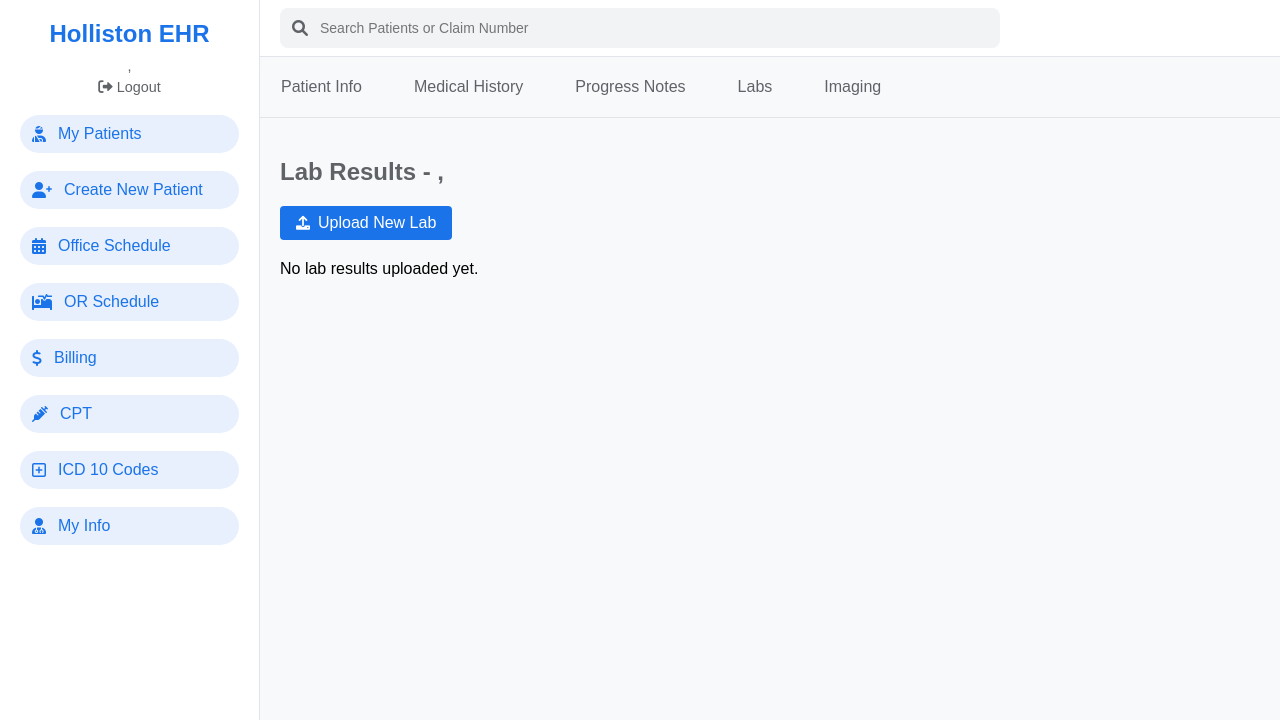
Repository: DavidG626/Flask-Project
Page: templates/labs.html
The author's editor kept a copy of each file at every save. The page is drawn from the files as they stood at one save, then again after the next save.
The browser window is 1280 px wide. The pictures show the whole page.
The template is drawn by Flask 3. The application's start-up code is not run. Other server files are loaded and not shown. The template is opened directly, without the code that normally fills it, so the values that code supplies are empty.

Above is the page before, as saved 2025-01-29 15:00:00.

### templates/labs.html
<!DOCTYPE html>
<html lang="en">
<head>
    <meta charset="UTF-8">
    <meta name="viewport" content="width=device-width, initial-scale=1.0">
    <title>Patient Labs</title>
    <link rel="stylesheet" type="text/css" href="/static/dashboard.css">
    <link rel="stylesheet" type="text/css" href="/static/labs.css">
    <link href="https://cdnjs.cloudflare.com/ajax/libs/font-awesome/6.0.0/css/all.min.css" rel="stylesheet">
</head>

<body>
    <div class="container">
        <!-- Sidebar -->
        <aside class="sidebar">
            <div class="logo">Holliston EHR</div>
            <div class="logged-user">
                {{ current_user.first_name }} {{ current_user.last_name }}, {{ current_user.medical_title }}
                <a href="{{ url_for('dashboard.logout') }}" class="logout-link">
                    <i class="fas fa-sign-out-alt"></i> Logout
                </a>
            </div>
            <nav>
                <!-- rest of your navigation -->
                <ul>
                    <li class="active">
                        <a href="{{ url_for('dashboard.my_patients') }}">
                            <i class="fas fa-user-injured"></i>My Patients
                        </a>
                    </li>
                </ul>
                <br>

                <ul>
                    <li class="active">
                        <a href="{{ url_for('dashboard.create_patient') }}">
                            <i class="fas fa-user-plus"></i>Create New Patient
                        </a>
                    </li>
                </ul>
                <br>
                <ul>
                    <li class="active"><a href=""><i class="fas fa-calendar-alt"></i>Office Schedule</a></li>
                </ul>
                <br>

                <ul>
                    <li class="active"><a href=""><i class="fas fa-procedures"></i>OR Schedule</a></li>
                </ul>
                <br>

                <ul>
                    <li class="active"><a href=""><i class="fas fa-dollar-sign"></i>Billing</a></li>
                </ul>
                <br>

                <ul>
                    <li class="active"><a href=""><i class="fas fa-syringe"></i>CPT</a></li>
                </ul>
                <br>

                <ul>
                    <li class="active"><a href=""><i class="far fa-plus-square"></i>ICD 10 Codes</a></li>
                </ul>
                <br>

                <ul>
                    <li class="active">
                        <a href="{{ url_for('dashboard.my_info') }}">
                            <i class="fas fa-user-md"></i>My Info
                        </a>
                    </li>
                </ul>
            </nav>
        </aside>

                <!-- Main Content -->
                <main>
                    <!-- Header -->
                    <header>
                        <div class="search-bar">
                            <i class="fas fa-search"></i>
                            <form action="{{ url_for('dashboard.my_patients') }}" method="get">
                                <input type="text" name="search" placeholder="Search Patients or Claim Number" value="{{ search_query or '' }}">
                            </form>
                        </div>
                    </header>
                    <!-- At the top of your patient info content -->
                    <div class="patient-tabs">
                        <a href="{{ url_for('dashboard.patient_detail', patient_id=patient.id) }}" class="tab active">Patient Info</a>
                        <a href="{{ url_for('dashboard.patient_medical_history', patient_id=patient.id) }}" class="tab">Medical History</a>
                        <a href="#" class="tab">Progress Notes</a>
                        <a href="{{ url_for('dashboard.patient_labs', patient_id=patient.id) }}" class="tab">Labs</a>
                        <a href="#" class="tab">Imaging</a>
                    </div>

                    <!-- Content Area -->
                    <div class="content">
                        <div class="toolbar">
                            {% with messages = get_flashed_messages(with_categories=true) %}
                                {% if messages %}
                                    <ul>
                                        {% for category, message in messages %}
                                            <div class="{{ category }}">{{ message }}</div>
                                        {% endfor %}
                                    </ul>
                                {% endif %}
                            {% endwith %}
                    </div>



                    <div class="patient-list">
                        <h2>Lab Results - {{ patient.patient_last_name }}, {{ patient.patient_first_name }}</h2>
                        <div class="buttons">
                            <a href="{{ url_for('dashboard.upload_lab', patient_id=patient.id) }}" class="edit-btn">
                                <i class="fas fa-upload"></i> Upload New Lab
                            </a>
                        </div>

                    {% if patient.lab_results %}
                    <div class="patients-grid">
                        {% for lab in patient.lab_results|sort(attribute='upload_date', reverse=true) %}
                        <div class="patient-card">
                            <i class="fa fa-file-pdf" aria-hidden="true"></i>
                            <div>
                                <span class="patient-name">{{ lab.description or 'Lab Result' }}</span>
                                <div class="small-text">
                                    Uploaded: {{ lab.upload_date.strftime('%m/%d/%Y') }}
                                </div>
                            </div>
                            <div class="patient-details">
                                <a href="{{ url_for('dashboard.view_lab', lab_id=lab.id) }}" class="view-link">
                                    <i class="fas fa-eye"></i> View
                                </a>
                                <a href="{{ url_for('dashboard.download_lab', lab_id=lab.id) }}" class="view-link">
                                    <i class="fas fa-download"></i> Download
                                </a>
                            </div>
                        </div>
                        {% endfor %}
                    </div>
                    {% else %}
                        <p>No lab results uploaded yet.</p>
                    {% endif %}
                </div>
</div>

### static/dashboard.css
/* static/style.css */
html {
    font-size: 16px;
}
* {
    margin: 0;
    padding: 0;
    box-sizing: border-box;
    font-family: Arial, sans-serif;
}

.container {
    display: flex;
    height: 100vh;
}
.logo {
    font-size: 1.5rem;
    font-weight: bold;
    color: #1a73e8;
    margin-bottom: 20px;
    text-align: center;

}
/* Sidebar Styles */

.logged-user {
    text-align: center;
    color: #5f6368;
    font-size: 0.9rem;
    margin-bottom: 20px;
    padding: 0 10px;
    font-weight: 500;
}
.logout-link {
    display: block;
    color: #5f6368;
    font-size: 0.9rem;
    text-decoration: none;
    margin-top: 5px;
}

.logout-link:hover {
    color: #1a73e8;
}
/* Adjust logo margin */
.logo {
    margin-bottom: 10px;
}
.sidebar {
    width: 260px;
    background: white;
    padding: 20px;
    border-right: 1px solid #e1e4e8;
}

.new-button button {
    width: 100%;
    padding: 12px;
    background: #e8f0fe;
    color: #1a73e8;
    border: none;
    border-radius: 24px;
    cursor: pointer;
    font-weight: 500;
    display: flex;
    align-items: center;
    justify-content: center;
    gap: 8px;
    margin-bottom: 20px;
}

.sidebar nav ul a {
    list-style: none;
    text-decoration: none;
    color: inherit;
}

.sidebar nav ul li  {
    padding: 10px 12px;
    border-radius: 24px;
    cursor: pointer;
    display: flex;
    align-items: center;
    gap: 12px;
    color: #5f6368;
}


.sidebar nav ul li.active {
    background: #e8f0fe;
    color: #1a73e8;
}
.sidebar nav ul li,
.sidebar nav ul li a {
    display: flex;
    align-items: center;
    gap: 12px;
}

.sidebar nav ul li a {
    text-decoration: none;
    color: inherit;
    width: 100%; /* Ensure the link takes full width of the list item */
}
/* Main Content Styles */
main {
    flex: 1;
    background: #f8f9fa;
    display: flex;
    flex-direction: column;
}

header {
    background: white;
    padding: 8px 20px;
    border-bottom: 1px solid #e1e4e8;
}

.search-bar {
    position: relative;
    max-width: 720px;
}

.search-bar input {
    width: 100%;
    padding: 12px 16px 12px 40px;
    border: none;
    background: #f1f3f4;
    border-radius: 8px;
    font-size: 14px;
}

.search-bar i {
    position: absolute;
    left: 12px;
    top: 50%;
    transform: translateY(-50%);
    color: #5f6368;
}

.content {
    padding: 20px;
    flex: 1;
}

.toolbar {
    display: flex;
    justify-content: space-between;
    align-items: center;
    margin-bottom: 20px;
}

.view-options a {
    padding: 8px;
    cursor: pointer;
    color: #1a73e8;
    text-decoration: none;

}

.view-options a:visited {
    color: #1a73e8;
    text-decoration: none;

}

.view-options a:hover {
    color: #1a73e8;
    text-decoration: underline;

}

/* Table Styles */
.files-table {
    width: 100%;
    background: white;
    border-radius: 8px;
    border-collapse: collapse;
}

.files-table th,
.files-table td {
    padding: 12px 20px;
    text-align: left;
    border-bottom: 1px solid #e1e4e8;
}

.files-table th {
    color: #5f6368;
    font-weight: 500;
    font-size: 14px;
}

.file-cell {
    display: flex;
    align-items: center;
    gap: 12px;
}

.file-cell i {
    color: #5f6368;
}

.files-table tr:hover {
    background: #f8f9fa;
}

/* update.html */
.update-form {
    max-width: 500px;
    margin: 50px auto;
    padding: 20px;
    background: white;
    border-radius: 8px;
    box-shadow: 0 2px 4px rgba(0,0,0,0.1);
}

.form-group {
    margin-bottom: 15px;
}

.form-group label {
    display: block;
    margin-bottom: 5px;
    font-weight: bold;
}

.form-group input {
    width: 100%;
    padding: 8px;
    border: 1px solid #ddd;
    border-radius: 4px;
}

.buttons {
    margin-top: 20px;
}

.save-btn {
    background: #1a73e8;
    color: white;
    padding: 10px 20px;
    border: none;
    border-radius: 4px;
    cursor: pointer;
}

.cancel-btn {
    background: #f1f3f4;
    color: #5f6368;
    padding: 10px 20px;
    border: none;
    border-radius: 4px;
    text-decoration: none;
    margin-left: 10px;
}
.edit-btn {
    background: #1a73e8;
    color: white;
    padding: 8px 16px;
    border-radius: 4px;
    text-decoration: none;
    display: inline-block;
    margin-bottom: 20px;
}


.patient-card {
    background: white;
    border-radius: 8px;
    padding: 20px;
    margin: 10px 0;
    box-shadow: 0 2px 4px rgba(0,0,0,0.1);
    display: flex;
    align-items: center;
    text-decoration: none;  /* Remove default link underline */
    color: inherit;  /* Keep default text color */
    transition: all 0.2s ease;  /* Smooth hover effect */
}
.small-text {
    font-size: 14px;
    color: #5f6368;  /* matches your theme's gray color */
}

.patient-card:hover {
    background: #f8f9fa;
    transform: translateY(-2px);
    box-shadow: 0 4px 6px rgba(0,0,0,0.1);
}

.patient-card .fa-folder {
    color: #4a90e2;
    font-size: 24px;
    margin-right: 15px;
}

.patient-name {
    font-weight: bold;
    font-size: 16px;
    margin-right: 20px;
}

.patient-details {
    margin-left: auto;
}

.view-link {
    color: #4a90e2;
    text-decoration: none;
    margin-left: 15px;
}

.view-link:hover {
    text-decoration: underline;
}

.tabs {
    display: flex;
    gap: 5px;
    padding: 10px 10px 0;
    background: #f8f9fa;
    border-bottom: 1px solid #e1e4e8;
}

.tab {
    padding: 10px 20px;
    text-decoration: none;
    color: #5f6368;
    background: #f8f9fa;
    border: 1px solid transparent;
    border-radius: 4px 4px 0 0;
}

.tab:hover {
    color: #1a73e8;
}

.tab-pane {
    display: none;
    padding: 20px;
}

/* Show the targeted tab */
.tab-pane:target {
    display: block;
}

/* Show first tab by default when no tab is targeted */
.tab-pane:first-child:not(:target) {
    display: block;
}

/* Highlight active tab */
.tab:target {
    background: white;
    border-color: #e1e4e8;
    border-bottom-color: white;
    color: #1a73e8;
    margin-bottom: -1px;
}

/* START @MEDIA BASE FONT SIZE 16PX*/
@media (max-width: 1600px) {
    html {
        font-size: 16px;
    }
}
@media (max-width: 1200px) {
    html {
        font-size: 16px;
    }
}
@media (max-width: 992px) {
    html {
        font-size: 14px;
    }
}
@media (max-width: 768px) {
    html {
        font-size: 12px;
    }
}
@media (max-width: 600px) {
    html {
        font-size: 10px;
    }
}
/* END @MEDIA */

### static/labs.css
/* labs.css */

/* Use your existing base styles from dashboard.css */
.patient-card {
    background: white;
    border-radius: 8px;
    padding: 20px;
    margin: 10px 0;
    box-shadow: 0 2px 4px rgba(0,0,0,0.1);
    display: flex;
    align-items: center;
    text-decoration: none;
    color: inherit;
    transition: all 0.2s ease;
}

.patient-card:hover {
    background: #f8f9fa;
    transform: translateY(-2px);
    box-shadow: 0 4px 6px rgba(0,0,0,0.1);
}

/* Lab specific styles */
.patient-card .fa-file-pdf {
    color: #e74c3c;  /* red color for PDF icon */
    font-size: 24px;
    margin-right: 15px;
}

.lab-date {
    font-weight: bold;
    color: #1a73e8;
    margin-bottom: 5px;
}

.lab-description {
    color: #5f6368;
    font-size: 14px;
}
h2 {
    color: #5f6368;
}

.lab-actions {
    margin-left: auto;
    display: flex;
    gap: 10px;
}

.view-link {
    color: #4a90e2;
    text-decoration: none;
    display: flex;
    align-items: center;
    gap: 5px;
}

.view-link i {
    font-size: 14px;
}

.view-link:hover {
    text-decoration: underline;
}

/* Upload button styling */
.edit-btn {
    background: #1a73e8;
    color: white;
    padding: 8px 16px;
    border-radius: 4px;
    text-decoration: none;
    display: inline-flex;
    align-items: center;
    gap: 8px;
    margin-bottom: 20px;
}

.edit-btn i {
    font-size: 14px;
}

.edit-btn:hover {
    background: #1557b0;
}

/* No results message */
.no-results {
    text-align: center;
    color: #5f6368;
    padding: 40px;
    background: white;
    border-radius: 8px;
    box-shadow: 0 2px 4px rgba(0,0,0,0.1);
}

/* Patient tabs styling */
.patient-tabs {
    display: flex;
    gap: 10px;
    padding: 10px 0;
    border-bottom: 1px solid #e1e4e8;
}

.patient-tabs .tab {
    padding: 10px 20px;
    background: #f8f9fa;
    color: #5f6368;
    text-decoration: none;
    border-radius: 4px 4px 0 0;
    cursor: pointer;
    border: 1px solid transparent;
}

.patient-tabs .tab:hover {
    color: #1a73e8;
}

.patient-tabs .tab:active,
.patient-tabs .tab:focus {
    background: white;
    border-color: #e1e4e8;
    color: #1a73e8;
    margin-bottom: -1px;
}

.pmh-tabs .tab-pane {
    display: none;
    padding: 20px;
    background: #ffffff;
}

/* START @MEDIA BASE FONT SIZE 16PX*/
@media (max-width: 1600px) {
    html {
        font-size: 16px;
    }
}
@media (max-width: 1200px) {
    html {
        font-size: 16px;
    }
}
@media (max-width: 992px) {
    html {
        font-size: 14px;
    }
}
@media (max-width: 768px) {
    html {
        font-size: 12px;
    }
}
@media (max-width: 600px) {
    html {
        font-size: 10px;
    }
}
/* END @MEDIA */

After the next save:
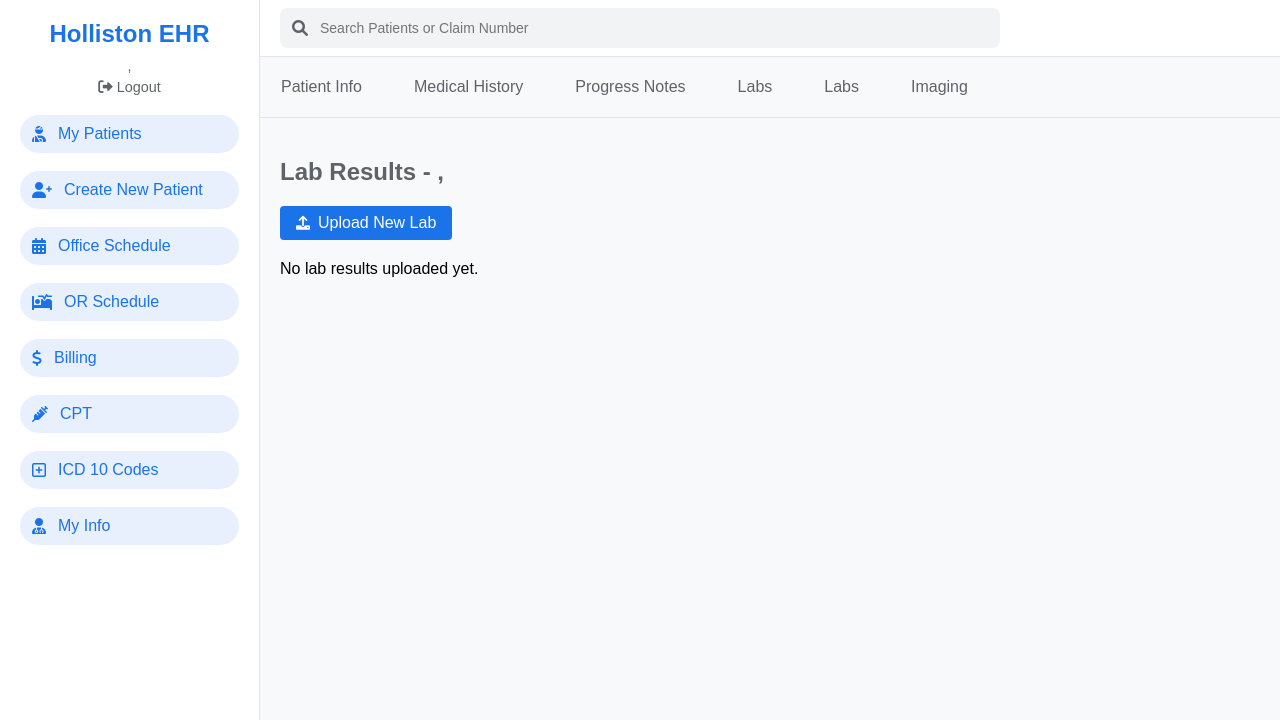
Saved 3 min 4 s later.
--- a/templates/labs.html
+++ b/templates/labs.html
@@ -91,6 +91,7 @@
                         <a href="{{ url_for('dashboard.patient_medical_history', patient_id=patient.id) }}" class="tab">Medical History</a>
                         <a href="#" class="tab">Progress Notes</a>
                         <a href="{{ url_for('dashboard.patient_labs', patient_id=patient.id) }}" class="tab">Labs</a>
+                        <a href="{{ url_for('dashboard.patient_labs', patient_id=patient.id) }}" class="tab">Labs</a>
                         <a href="#" class="tab">Imaging</a>
                     </div>
 
